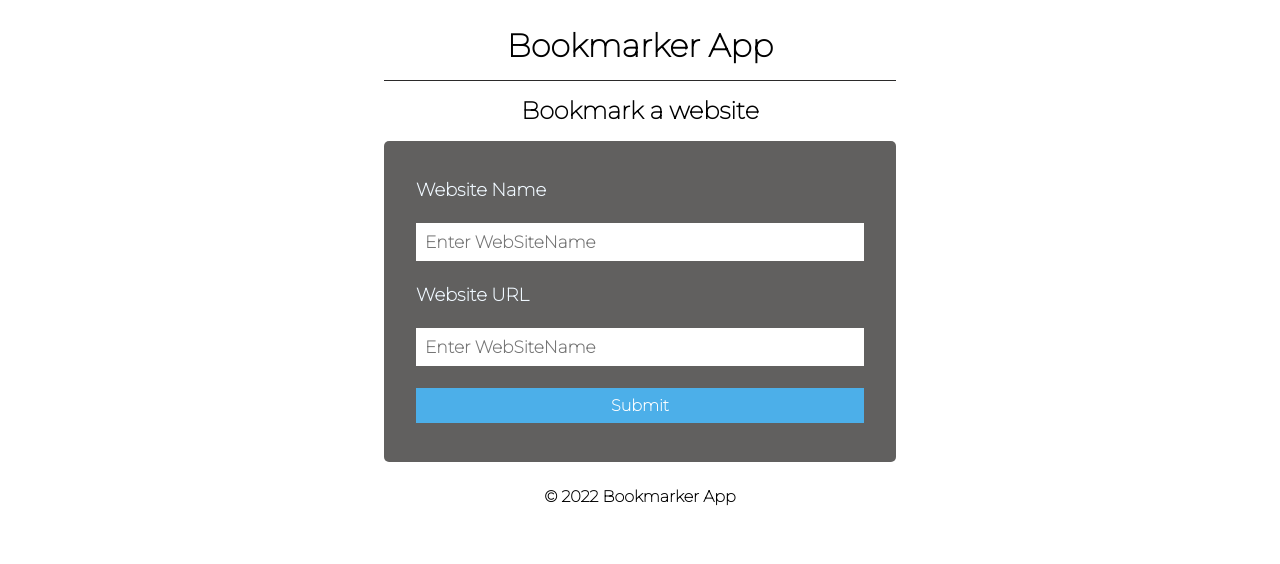
Repository: Suporl9/BookMarkerApp
Page: index.html
These files come from the project's save history. The page is drawn as it stood at one moment and after the next save; the edit follows.
The browser window is 1280 px wide. The pictures show the whole page.

Above is the page before, as saved 2021-11-23 16:23:04.

After the next save:
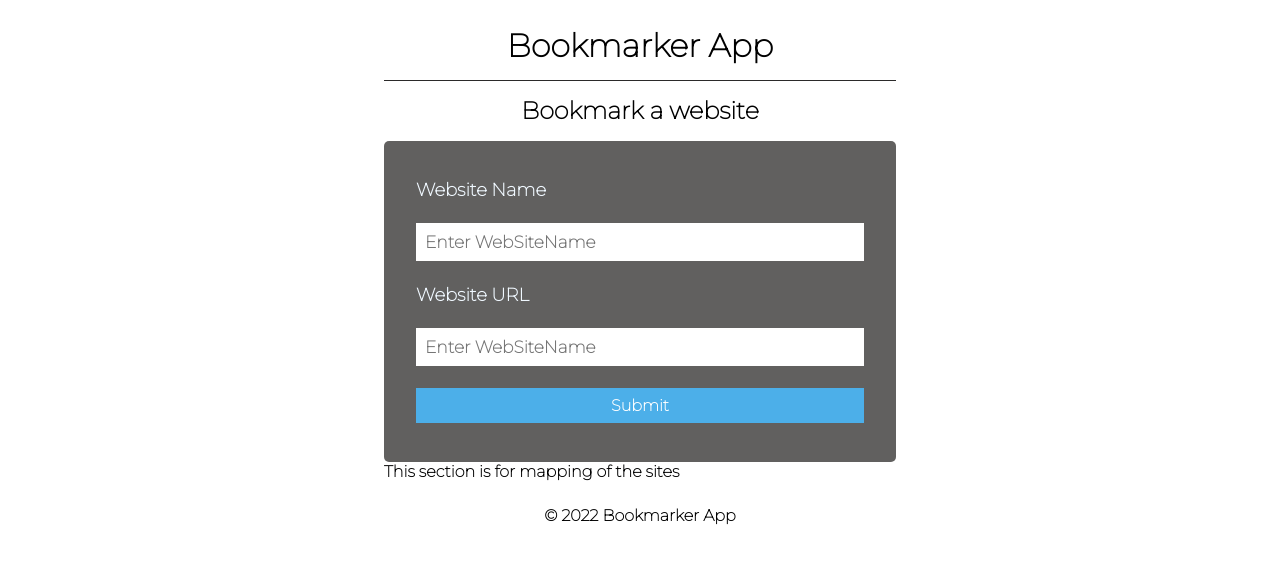
Saved 103 s later.
--- a/index.html
+++ b/index.html
@@ -38,7 +38,7 @@
               </div>
             </form>
           </div>
-          <div class="toBeAdded"></div>
+          <div class="toBeAdded">This section is for mapping of the sites</div>
           <footer class="footer">
             <p>&copy; 2022 Bookmarker App</p>
           </footer>
